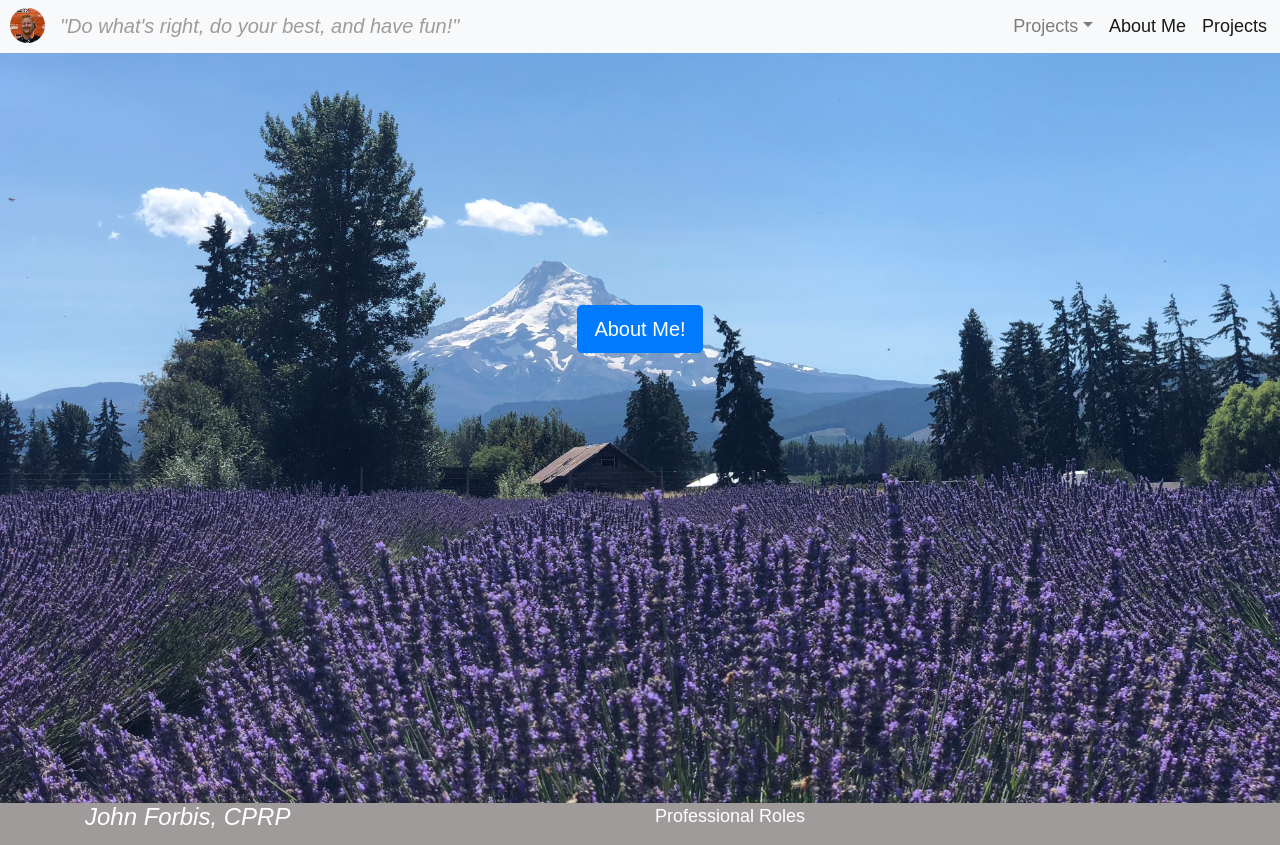
Repository: jforbis/john-forbis-data-analyst
Page: index.html
These files come from the project's save history. The page is drawn as it stood at one moment and after the next save; the edit follows.
The browser window is 1280 px wide. The pictures show the part of the page from y = 0 to 845 px (the page is 1730 px tall).
A picture or video elsewhere on the page could not be fetched, so the positions and the page height are approximate. Backgrounds fixed to the window are drawn as part of the page.

Above is the page before, as saved 2021-03-31 23:11:11.

After the next save:
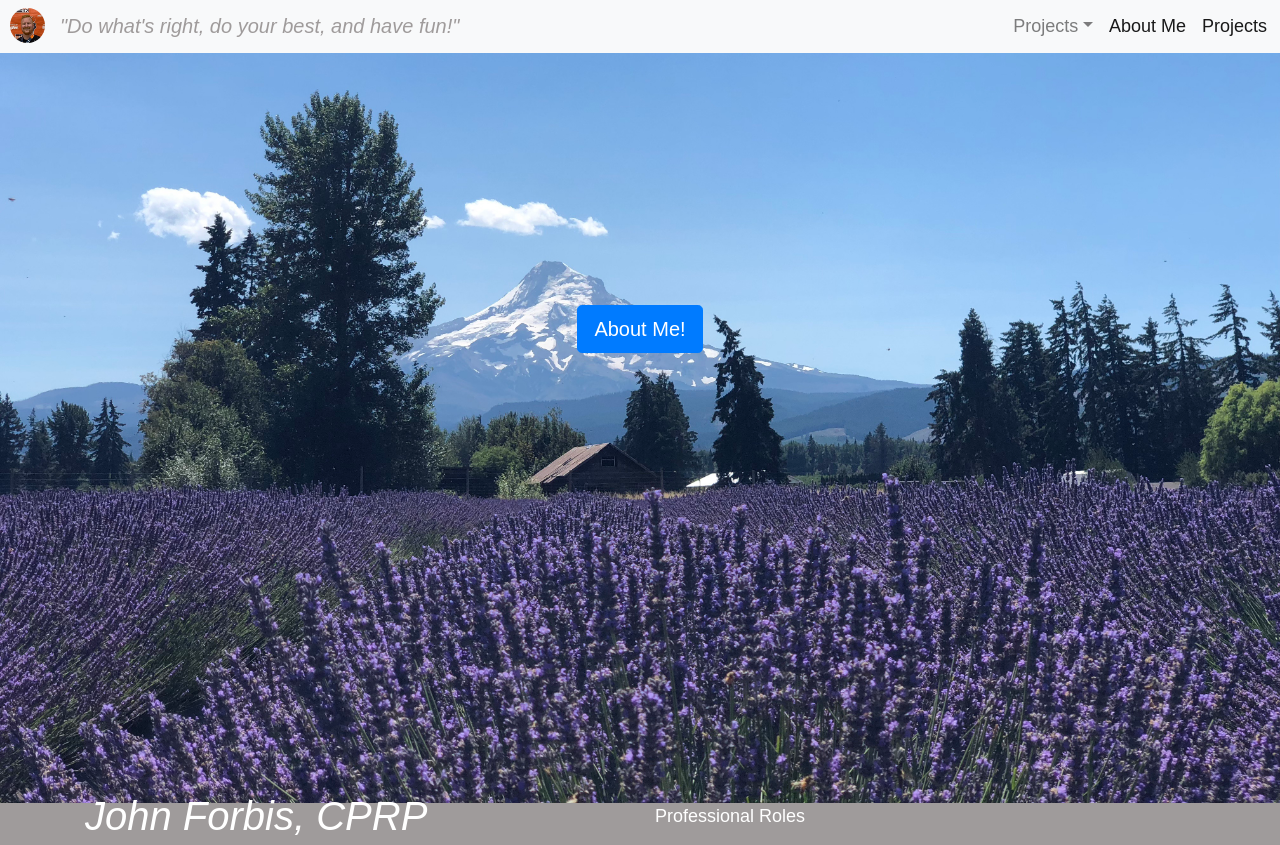
Saved 11 s later.
--- a/static/css/style.css
+++ b/static/css/style.css
@@ -10,7 +10,7 @@
 }
 
 #me {
-    font-size: 24px
+    font-size: 40px
 }
 
 #career-img {
